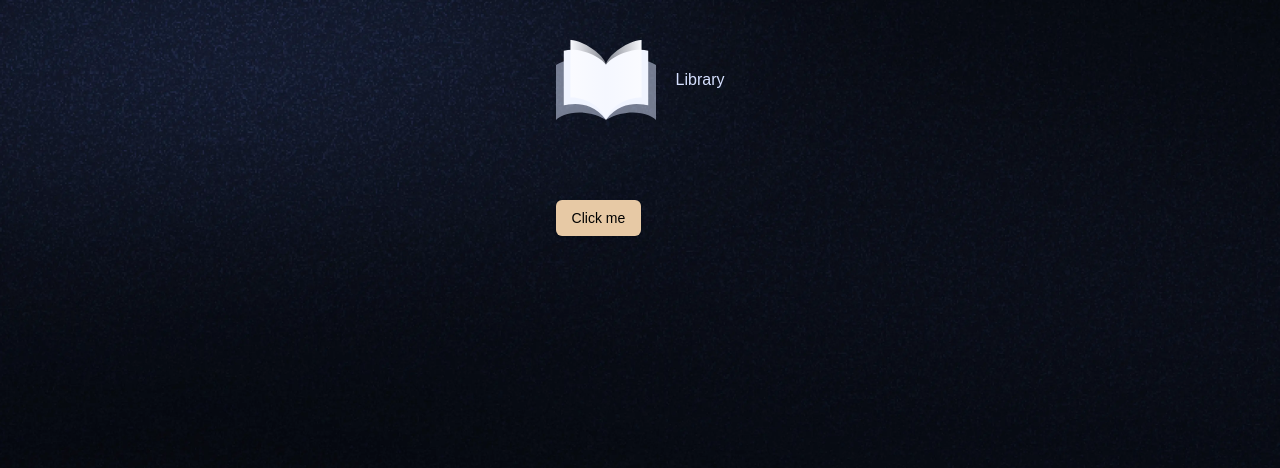
Repository: sodmaq/library
Page: /
An editor plug-in stored every save of this project. The page is shown before and after the next save, followed by the edit.
The browser window is 1280 px wide. The pictures show the whole page.
Some web fonts or font styles are not loaded; a fallback is used. The project was rebuilt for these pictures with package versions that can differ from the ones it lists, and the page was loaded fresh each time. The framework's server and built-in components were replaced by stand-ins that run in the browser. Also part of the build but not shown: next.config.ts.

Above is the page before, as saved 2025-09-10 06:40:49.

### app/(root)/layout.tsx
import Header from "@/components/Header";
import React, { ReactNode } from "react";

const layout = ({ children }: { children: ReactNode }) => {
  return (
    <main className="root-container">
      <div className="mx-auto max-w-7xl">
        <Header />
        <div className="mt-20 pb-20">{children}</div>
      </div>
    </main>
  );
};

export default layout;

### app/(root)/page.tsx
import { Button } from "@/components/ui/button";

const Home = () => (
  <>
    <Button>Click me</Button>
  </>
);

export default Home;

### app/globals.css
@tailwind base;
@tailwind components;
@tailwind utilities;

@layer base {
  :root {
    --radius: 0.5rem;
  }

  .hide-scrollbar::-webkit-scrollbar {
    width: 0px;
    height: 0px;
    border-radius: 0px;
  }

  .hide-scrollbar::-webkit-scrollbar-track {
    background: transparent;
  }

  .hide-scrollbar::-webkit-scrollbar-thumb {
    background: transparent;
    border-radius: 0px;
  }

  .hide-scrollbar::-webkit-scrollbar-thumb:hover {
    background: transparent;
  }
}

@layer components {
  .form-btn {
    @apply bg-primary text-dark-100 hover:bg-primary inline-flex min-h-14 w-full items-center justify-center rounded-md px-6 py-2 font-bold text-base !important;
  }

  .form-input {
    @apply w-full min-h-14 border-none text-base font-bold placeholder:font-normal text-white placeholder:text-light-100 focus-visible:ring-0 focus-visible:shadow-none bg-dark-300 !important;
  }

  /* Book Card */
  .book-title {
    @apply mt-2 line-clamp-1 text-base font-semibold text-white xs:text-xl;
  }

  .book-genre {
    @apply mt-1 line-clamp-1 text-sm italic text-light-100 xs:text-base;
  }

  .book-loaned {
    @apply flex flex-row items-center gap-1 max-xs:justify-center;
  }

  .book-btn {
    @apply bg-dark-600 mt-3 min-h-14 w-full font-bebas-neue text-base text-primary;
  }

  /* Borrowed Book */
  .borrowed-book {
    @apply gradient-vertical p-5 rounded-2xl xs:w-min w-full relative;
  }

  .borrowed-book_cover {
    @apply py-4 lg:px-16 px-10 flex justify-center items-center w-full rounded-lg;
  }

  /* Book Cover */
  .book-cover_extra_small {
    @apply w-[28.95px] h-10;
  }

  .book-cover_small {
    @apply w-[55px] h-[76px];
  }

  .book-cover_medium {
    @apply w-[144px] h-[199px];
  }

  .book-cover_regular {
    @apply xs:w-[174px] w-[114px] xs:h-[239px] h-[169px];
  }

  .book-cover_wide {
    @apply xs:w-[296px] w-[256px] xs:h-[404px] h-[354px];
  }

  /* Book List */
  .book-list {
    @apply mt-10 flex flex-wrap gap-5 max-xs:justify-between xs:gap-10;
  }

  /* Book Overview */
  .book-overview {
    @apply flex flex-col-reverse items-center gap-12 sm:gap-32 xl:flex-row xl:gap-8;
  }

  .book-overview h1 {
    @apply text-5xl font-semibold text-white md:text-7xl;
  }

  .book-info {
    @apply mt-7 flex flex-row flex-wrap gap-4 text-xl text-light-100;
  }

  .book-copies {
    @apply flex flex-row flex-wrap gap-4 mt-1;
  }

  .book-copies p {
    @apply text-xl text-light-100;
  }

  .book-copies p span {
    @apply ml-2 font-semibold text-primary;
  }

  .book-description {
    @apply mt-2 text-justify text-xl text-light-100;
  }

  .book-overview_btn {
    @apply mt-4 min-h-14 w-fit bg-primary text-dark-100 hover:bg-primary/90 max-md:w-full !important;
  }

  /* File Upload */
  .upload-btn {
    @apply flex min-h-14 w-full items-center justify-center gap-1.5 rounded-md;
  }

  .upload-filename {
    @apply mt-1 text-center text-xs;
  }

  .progress {
    @apply rounded-full bg-green-800 p-0.5 text-center font-bebas-neue text-[8px] font-bold leading-none text-light-100;
  }

  /* Search */
  .search {
    @apply relative mt-10 flex min-h-14 w-full items-center rounded-xl bg-dark-300 px-4;
  }

  .search-input {
    @apply w-full border-none font-bold placeholder:font-normal text-white placeholder:text-light-100 focus-visible:ring-0 focus-visible:shadow-none !important;
  }

  /* Book Receipt */
  .book-receipt_admin-btn {
    @apply bg-light-300 rounded-md text-primary-admin font-semibold hover:bg-light-300/80 !important;
  }

  /* Book Ticket */
  #book-ticket {
    @apply relative mt-10 hidden w-[544px] overflow-hidden bg-dark-300 py-8;
  }

  #book-ticket #book-details div {
    @apply space-y-1 rounded-md border border-light-100/10 p-3;
  }

  #book-ticket #book-details div p:first-child {
    @apply text-xs text-light-700;
  }

  #book-ticket #book-details div p:last-child {
    @apply text-sm font-bold text-white;
  }

  #book-ticket #book-divider div:first-child {
    @apply absolute -left-3.5 top-1/2 size-7 -translate-y-1/2 rounded-full bg-black;
  }

  #book-ticket #book-divider div:last-child {
    @apply absolute -right-3.5 top-1/2 size-7 -translate-y-1/2 rounded-full bg-black;
  }

  .book-ticket-circles {
    @apply absolute inset-x-0 -bottom-6 flex flex-row gap-1.5;
  }

  /* Not Found */
  #not-found {
    @apply flex justify-center items-center flex-col text-center w-full;
  }

  #not-found h4 {
    @apply text-white mt-6 font-semibold text-2xl;
  }

  #not-found p {
    @apply text-light-100 w-[360px] mt-1;
  }

  .not-found-btn {
    @apply bg-primary font-bebas-neue min-w-[360px] mt-6 text-dark-100 text-xl hover:bg-primary/90 min-h-12 !important;
  }

  /* Pagination */
  #pagination {
    @apply flex flex-row justify-end gap-3;
  }

  .pagination-btn_light {
    @apply bg-light-300 text-dark-300 hover:bg-light-300/70 !important;
  }

  .pagination-btn_dark {
    @apply bg-dark-300 hover:bg-dark-100 !important;
  }

  #pagination p {
    @apply text-sm inline-flex items-center font-semibold px-4 py-1.5 rounded-md text-center;
  }

  /* Sort */
  .select-trigger {
    @apply w-40 h-10 px-4 bg-dark-300 text-light-100 border-dark-100 !important;
  }

  .select-content {
    @apply bg-dark-300 text-light-100 border-dark-100 !important;
  }

  .select-item {
    @apply focus:bg-dark-600 focus:text-light-100 !important;
  }
}

@layer utilities {
  .gradient-vertical {
    background: linear-gradient(180deg, #12141d 0%, #12151f 100%);
  }

  .gradient-gray {
    background: linear-gradient(270deg, #37363a 0%, #353637 100%);
  }

  .gradient-blue {
    background: linear-gradient(180deg, #232839 0%, #12141d 100%);
  }

  /* Auth */
  .auth-container {
    @apply relative flex flex-col-reverse text-light-100 sm:flex-row;
  }

  .auth-form {
    @apply my-auto flex h-full min-h-screen flex-1 items-center bg-pattern bg-cover bg-top bg-dark-100 px-5 py-10;
  }

  .auth-box {
    @apply gradient-vertical mx-auto flex max-w-xl flex-col gap-6 rounded-lg p-10;
  }

  .auth-illustration {
    @apply sticky h-40 w-full sm:top-0 sm:h-screen sm:flex-1;
  }

  /* Root */
  .root-container {
    @apply flex min-h-screen flex-1 flex-col bg-pattern bg-cover bg-top  px-5 xs:px-10 md:px-16;
  }

  /* Book Details */
  .book-details {
    @apply lg:mt-36 mt-16 mb-20 flex flex-col gap-16 lg:flex-row;
  }

  .book-details h3 {
    @apply text-xl font-semibold text-primary;
  }

  /* Library */
  .library {
    @apply mx-auto flex max-w-xl w-full flex-col text-center;
  }

  .library-subtitle {
    @apply text-lg font-semibold uppercase text-light-100;
  }

  .library-title {
    @apply mt-2 text-3xl font-semibold text-white xs:text-5xl;
  }
}

@layer base {
  :root {
    --background: 0 0% 100%;
    --foreground: 222.2 84% 4.9%;
    --card: 0 0% 100%;
    --card-foreground: 222.2 84% 4.9%;
    --popover: 0 0% 100%;
    --popover-foreground: 222.2 84% 4.9%;
    --primary: 222.2 47.4% 11.2%;
    --primary-foreground: 210 40% 98%;
    --secondary: 210 40% 96.1%;
    --secondary-foreground: 222.2 47.4% 11.2%;
    --muted: 210 40% 96.1%;
    --muted-foreground: 215.4 16.3% 46.9%;
    --accent: 210 40% 96.1%;
    --accent-foreground: 222.2 47.4% 11.2%;
    --destructive: 0 84.2% 60.2%;
    --destructive-foreground: 210 40% 98%;
    --border: 214.3 31.8% 91.4%;
    --input: 214.3 31.8% 91.4%;
    --ring: 222.2 84% 4.9%;
    --chart-1: 12 76% 61%;
    --chart-2: 173 58% 39%;
    --chart-3: 197 37% 24%;
    --chart-4: 43 74% 66%;
    --chart-5: 27 87% 67%;
    --radius: 0.5rem;
  }
  .dark {
    --background: 222.2 84% 4.9%;
    --foreground: 210 40% 98%;
    --card: 222.2 84% 4.9%;
    --card-foreground: 210 40% 98%;
    --popover: 222.2 84% 4.9%;
    --popover-foreground: 210 40% 98%;
    --primary: 210 40% 98%;
    --primary-foreground: 222.2 47.4% 11.2%;
    --secondary: 217.2 32.6% 17.5%;
    --secondary-foreground: 210 40% 98%;
    --muted: 217.2 32.6% 17.5%;
    --muted-foreground: 215 20.2% 65.1%;
    --accent: 217.2 32.6% 17.5%;
    --accent-foreground: 210 40% 98%;
    --destructive: 0 62.8% 30.6%;
    --destructive-foreground: 210 40% 98%;
    --border: 217.2 32.6% 17.5%;
    --input: 217.2 32.6% 17.5%;
    --ring: 212.7 26.8% 83.9%;
    --chart-1: 220 70% 50%;
    --chart-2: 160 60% 45%;
    --chart-3: 30 80% 55%;
    --chart-4: 280 65% 60%;
    --chart-5: 340 75% 55%;
  }
}

### components/Header.tsx
"use client";
import { cn } from "@/lib/utils";
import Image from "next/image";
import Link from "next/link";
import { usePathname } from "next/navigation";
import React from "react";

const Header = () => {
  const pathname = usePathname();
  return (
    <header className="my-10 flex justify-between gap-5">
      <Link href="/">
        <Image
          src="/icons/logo.svg"
          alt="logo"
          width={100}
          height={100}
          className="cursor-pointer"
        />
      </Link>
      <ul className="flex flex-row items-center gap-8">
        <li>
          <Link
            href="/library"
            className={cn(
              "text-base cursor-pointer capitalize",
              pathname === "/library" ? "text-light-200" : "text-light-100"
            )}
          >
            Library
          </Link>
        </li>
      </ul>
    </header>
  );
};

export default Header;

### components/ui/button.tsx
import * as React from "react"
import { Slot } from "@radix-ui/react-slot"
import { cva, type VariantProps } from "class-variance-authority"

import { cn } from "@/lib/utils"

const buttonVariants = cva(
  "inline-flex items-center justify-center gap-2 whitespace-nowrap rounded-md text-sm font-medium transition-colors focus-visible:outline-none focus-visible:ring-1 focus-visible:ring-ring disabled:pointer-events-none disabled:opacity-50 [&_svg]:pointer-events-none [&_svg]:size-4 [&_svg]:shrink-0",
  {
    variants: {
      variant: {
        default:
          "bg-primary text-primary-foreground shadow hover:bg-primary/90",
        destructive:
          "bg-destructive text-destructive-foreground shadow-sm hover:bg-destructive/90",
        outline:
          "border border-input bg-background shadow-sm hover:bg-accent hover:text-accent-foreground",
        secondary:
          "bg-secondary text-secondary-foreground shadow-sm hover:bg-secondary/80",
        ghost: "hover:bg-accent hover:text-accent-foreground",
        link: "text-primary underline-offset-4 hover:underline",
      },
      size: {
        default: "h-9 px-4 py-2",
        sm: "h-8 rounded-md px-3 text-xs",
        lg: "h-10 rounded-md px-8",
        icon: "h-9 w-9",
      },
    },
    defaultVariants: {
      variant: "default",
      size: "default",
    },
  }
)

export interface ButtonProps
  extends React.ButtonHTMLAttributes<HTMLButtonElement>,
    VariantProps<typeof buttonVariants> {
  asChild?: boolean
}

const Button = React.forwardRef<HTMLButtonElement, ButtonProps>(
  ({ className, variant, size, asChild = false, ...props }, ref) => {
    const Comp = asChild ? Slot : "button"
    return (
      <Comp
        className={cn(buttonVariants({ variant, size, className }))}
        ref={ref}
        {...props}
      />
    )
  }
)
Button.displayName = "Button"

export { Button, buttonVariants }

Loaded but not shown: app/layout.tsx (common file); lib/utils.ts (common file); tailwind.config.ts (common file)

After the next save:
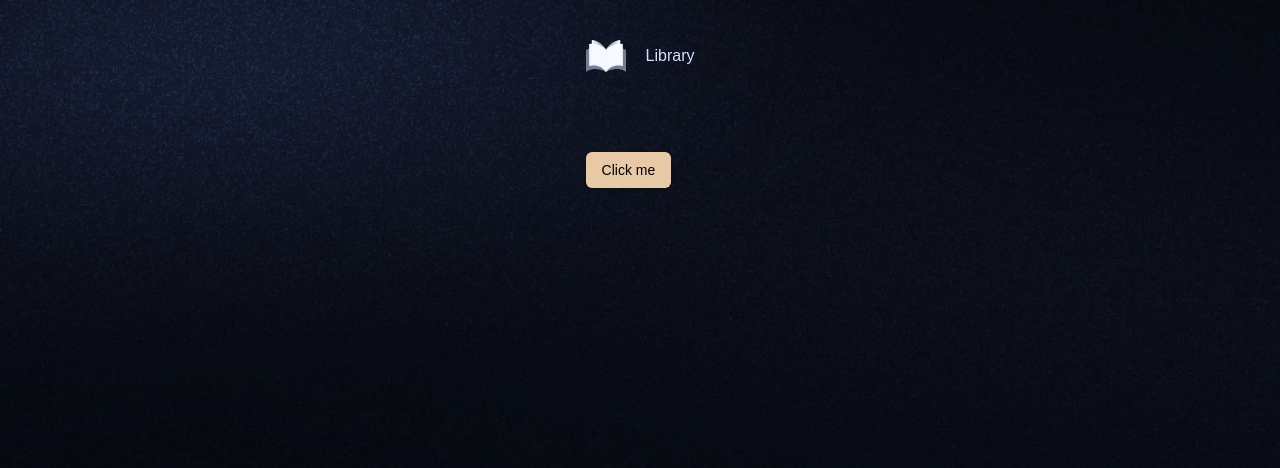
Saved 16 s later.
--- a/components/Header.tsx
+++ b/components/Header.tsx
@@ -13,8 +13,8 @@ const Header = () => {
         <Image
           src="/icons/logo.svg"
           alt="logo"
-          width={100}
-          height={100}
+          width={40}
+          height={40}
           className="cursor-pointer"
         />
       </Link>
